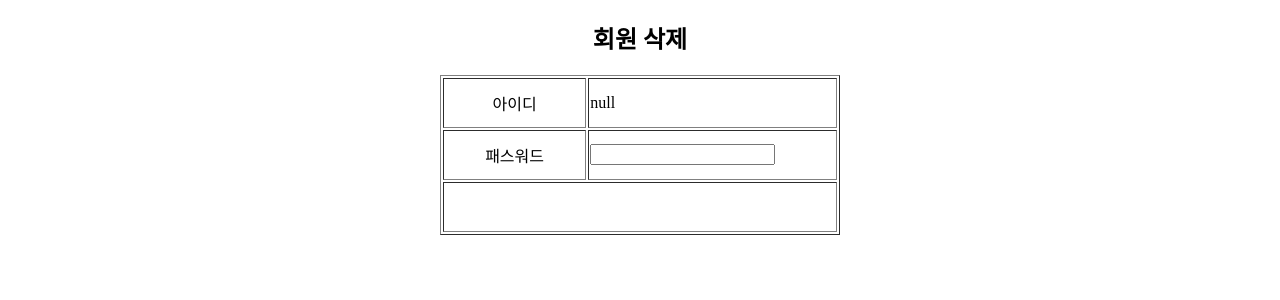
Repository: BartsimisraB/JavaPractice_
Page: http://localhost/CRUD_Practice_signup/memberDelete.jsp
An editor plug-in stored every save of this project. The page is shown before and after the next save, followed by the edit.
The browser window is 1280 px wide. The pictures show the whole page.
The page is served by Tomcat 9.

Above is the page before, as saved 2023-01-16 02:30:34.

After the next save:
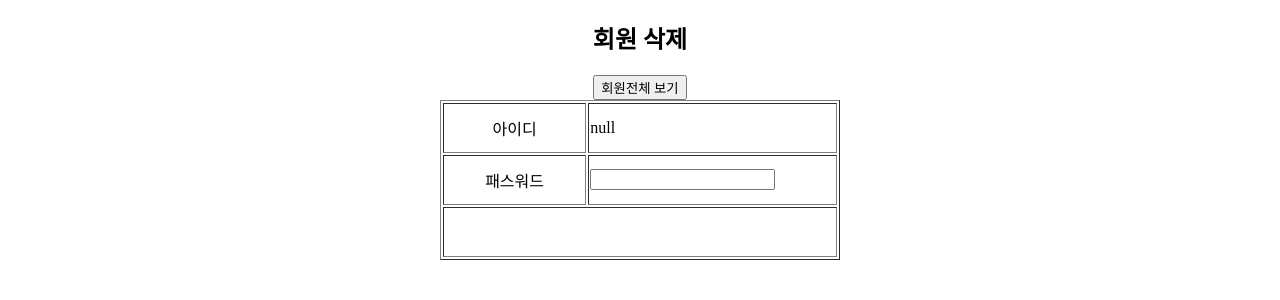
Saved 44 s later.
--- a/CRUD_Practice_signup/src/main/webapp/memberDelete.jsp
+++ b/CRUD_Practice_signup/src/main/webapp/memberDelete.jsp
@@ -25,7 +25,7 @@
 				<input type="hidden" name="id" value="<%=request.getParameter("id") %>
 				<input type="submit" value="회원 삭제"></form>
 
-			</tr>
+				<button onclick="location.href='memberArray.jsp'">회원전체 보기</button>
 
 		</form>
 	</table>
